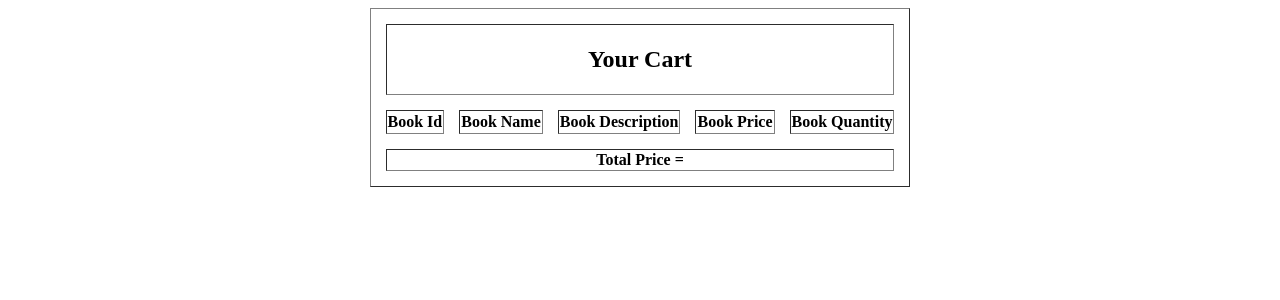
Repository: Rccalfa123/OnlineShopingCart
Page: http://localhost/OnlineBookShopping_Servlet-JSP/Cart.jsp
An editor plug-in stored every save of this project. The page is shown before and after a run of saves, followed by the edit.
The browser window is 1280 px wide. The pictures show the whole page.
The page is served by Tomcat 9. Other server files are loaded and not shown.

Above is the page before, as saved 2018-08-09 12:51:31.

### OnlineBookShopping_Servlet-JSP/WebContent/Cart.jsp
<%@ page language="java" contentType="text/html; charset=ISO-8859-1"
    pageEncoding="ISO-8859-1"%>
 <%@taglib prefix="alfa" uri="http://java.sun.com/jsp/jstl/core"%>
<!DOCTYPE html>
<html>
<head>
<meta charset="ISO-8859-1">
<title>Insert title here</title>
</head>
<body>

 <form action=".app" method="get">

		<div>
			<table cellspacing="15" align = "center" border="dotted" >
				<tr>
					<th colspan="6" height="35"><h2>Your Cart</h2></th>
				</tr>
			  <tr>
					<th height="20">Book Id</th>
					<th height="20">Book Name</th>
					<th height="20">Book Description</th>
					<th height="20">Book Price</th>
					<th height="20">Book Quantity</th>

				</tr>

			<alfa:forEach var="booksInCart"  items="${sessionScope.booksInCart}">
			<tr>
					<td align="center">${booksInCart.bookObject.bookId}</td>
					<td align="center">${booksInCart.bookObject.bookName}</td>
					<td align="center">${booksInCart.bookObject.bookDescription}</td>
					<td align="center">${booksInCart.bookObject.bookPrice}</td>
					<td align="center">${booksInCart.noofBookAdded}</td>
					<td align="center"  colspan="2"><a href="removenew.app?bookId=${booksInCart.bookObject.bookId}">Remove From Cart</a></td>
			</tr>
			</alfa:forEach>
			 <tr > <th colspan="6"> Total Price = ${sessionScope.price} </th></tr>
					</table>
		</div>

	</form>



</body>
</html>

### OnlineBookShopping_Servlet-JSP/WebContent/header.jsp
<%@taglib prefix="jstl" uri="http://java.sun.com/jsp/jstl/core" %>
<div align="center">
	<h1>Employee Management System</h1>
</div>

After the next 2 saves:
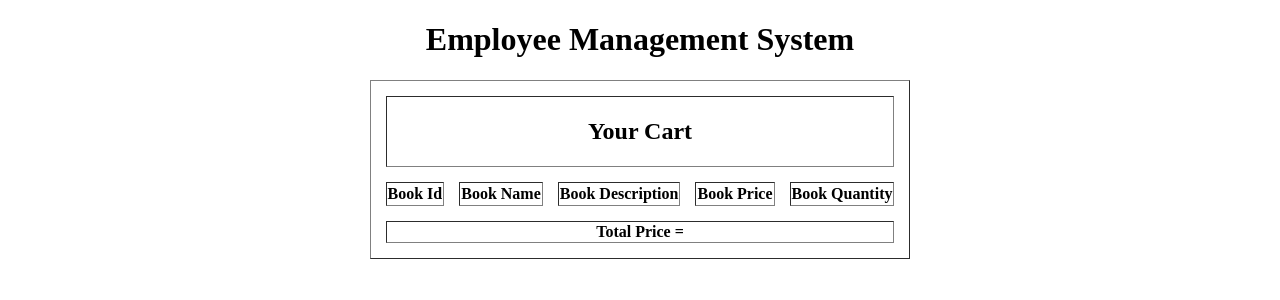
The 2 saves are shown as one change because 1 did not build or start.
The last was saved 2 min 56 s later.
--- a/OnlineBookShopping_Servlet-JSP/WebContent/Cart.jsp
+++ b/OnlineBookShopping_Servlet-JSP/WebContent/Cart.jsp
@@ -8,7 +8,7 @@
 <title>Insert title here</title>
 </head>
 <body>
-
+<jsp:include page="header.jsp"></jsp:include>
  <form action=".app" method="get">
 
 		<div>
